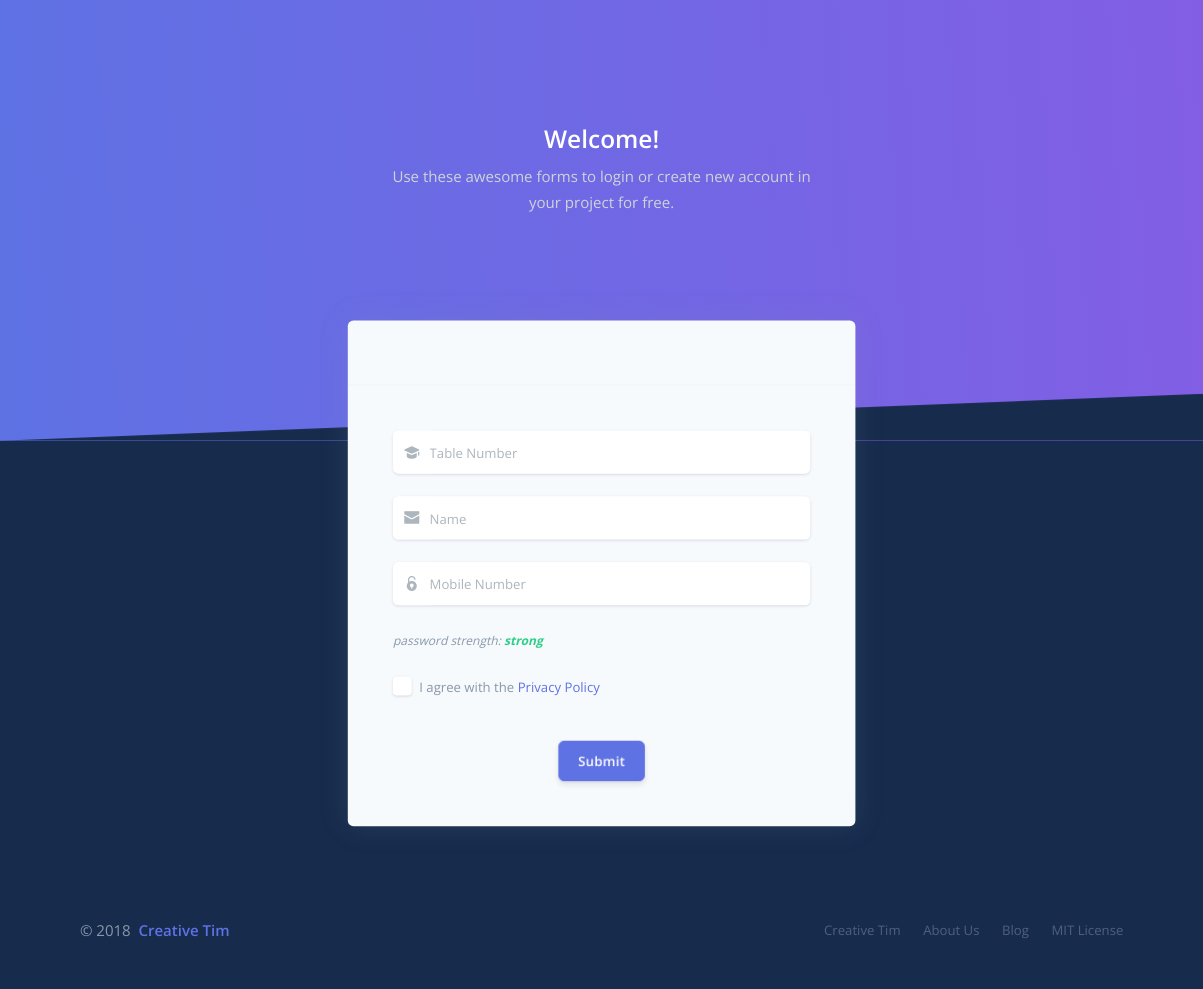
Repository: Hareeshgoli/restuarnt
Page: http://localhost/Items
An editor plug-in stored every save of this project. The page is shown before and after the next save, followed by the edit.
The browser window is 1280 px wide. The pictures show the whole page, at 94% of full size.
The page is this project's Thymeleaf template; nobody is signed in. The template is opened directly, without the code that normally fills it, so the values that code supplies are empty.

Above is the page before, as saved 2020-02-28 09:20:00.

### resturant/src/main/resources/templates/Items.html
<!--

=========================================================
* Argon Dashboard - v1.1.2
=========================================================

* Product Page: https://www.creative-tim.com/product/argon-dashboard
* Copyright 2020 Creative Tim (https://www.creative-tim.com)
* Licensed under MIT (https://github.com/creativetimofficial/argon-dashboard/blob/master/LICENSE.md)

* Coded by Creative Tim

=========================================================

* The above copyright notice and this permission notice shall be included in all copies or substantial portions of the Software. -->
<!DOCTYPE html>
<html lang="en">

<head>
  <meta charset="utf-8" />
  <meta name="viewport" content="width=device-width, initial-scale=1, shrink-to-fit=no">
  <title>
    Argon Dashboard - Free Dashboard for Bootstrap 4 by Creative Tim
  </title>
  <!-- Favicon -->
  <link href="../assets/img/brand/favicon.png" rel="icon" type="image/png">
  <!-- Fonts -->
  <link href="https://fonts.googleapis.com/css?family=Open+Sans:300,400,600,700" rel="stylesheet">
  <!-- Icons -->
  <link href="../assets/js/plugins/nucleo/css/nucleo.css" rel="stylesheet" />
  <link href="../assets/js/plugins/@fortawesome/fontawesome-free/css/all.min.css" rel="stylesheet" />
  <!-- CSS Files -->
  <link href="../assets/css/argon-dashboard.css?v=1.1.2" rel="stylesheet" />
</head>

<body class="bg-default">
  <div class="main-content">
    <!-- Navbar -->
    <!-- <nav class="navbar navbar-top navbar-horizontal navbar-expand-md navbar-dark">
      <div class="container px-4">
        <a class="navbar-brand" href="../index.html">
          <img src="../assets/img/brand/white.png" />
        </a>
        <button class="navbar-toggler" type="button" data-toggle="collapse" data-target="#navbar-collapse-main" aria-controls="navbarSupportedContent" aria-expanded="false" aria-label="Toggle navigation">
          <span class="navbar-toggler-icon"></span>
        </button>
        <div class="collapse navbar-collapse" id="navbar-collapse-main">
          Collapse header
          <div class="navbar-collapse-header d-md-none">
            <div class="row">
              <div class="col-6 collapse-brand">
                <a href="../index.html">
                  <img src="../assets/img/brand/blue.png">
                </a>
              </div>
              <div class="col-6 collapse-close">
                <button type="button" class="navbar-toggler" data-toggle="collapse" data-target="#navbar-collapse-main" aria-controls="sidenav-main" aria-expanded="false" aria-label="Toggle sidenav">
                  <span></span>
                  <span></span>
                </button>
              </div>
            </div>
          </div>
          Navbar items
          <ul class="navbar-nav ml-auto">
            <li class="nav-item">
              <a class="nav-link nav-link-icon" href="../index.html">
                <i class="ni ni-planet"></i>
                <span class="nav-link-inner--text">Dashboard</span>
              </a>
            </li>
            <li class="nav-item">
              <a class="nav-link nav-link-icon" href="../examples/register.html">
                <i class="ni ni-circle-08"></i>
                <span class="nav-link-inner--text">Register</span>
              </a>
            </li>
            <li class="nav-item">
              <a class="nav-link nav-link-icon" href="../examples/login.html">
                <i class="ni ni-key-25"></i>
                <span class="nav-link-inner--text">Login</span>
              </a>
            </li>
            <li class="nav-item">
              <a class="nav-link nav-link-icon" href="../examples/profile.html">
                <i class="ni ni-single-02"></i>
                <span class="nav-link-inner--text">Profile</span>
              </a>
            </li>
          </ul>
        </div>
      </div>
    </nav> -->
    <!-- Header -->
    <div class="header bg-gradient-primary py-7 py-lg-8">
      <div class="container">
        <div class="header-body text-center mb-7">
          <div class="row justify-content-center">
            <div class="col-lg-5 col-md-6">
              <h1 class="text-white">Welcome!</h1>
              <p class="text-lead text-light">Use these awesome forms to login or create new account in your project for free.</p>
            </div>
          </div>
        </div>
      </div>
      <div class="separator separator-bottom separator-skew zindex-100">
        <svg x="0" y="0" viewBox="0 0 2560 100" preserveAspectRatio="none" version="1.1" xmlns="http://www.w3.org/2000/svg">
          <polygon class="fill-default" points="2560 0 2560 100 0 100"></polygon>
        </svg>
      </div>
    </div>
    <!-- Page content -->
    <div class="container mt--8 pb-5">
      <!-- Table -->
      <div class="row justify-content-center">
        <div class="col-lg-6 col-md-8">
          <div class="card bg-secondary shadow border-0">
            <div class="card-header bg-transparent pb-5">
            </div>
            <div class="card-body px-lg-5 py-lg-5">
              <form action="/customerDashboard" method="post" role="form">
                <div class="form-group">
                  <div class="input-group input-group-alternative mb-3">
                    <div class="input-group-prepend">
                      <span class="input-group-text"><i class="ni ni-hat-3"></i></span>
                    </div>
                    <input id="userId" name="userId"  class="form-control" placeholder="Table Number" type="text"/>
                  </div>
                </div>
                <div class="form-group">
                  <div class="input-group input-group-alternative mb-3">
                    <div class="input-group-prepend">
                      <span class="input-group-text"><i class="ni ni-email-83"></i></span>
                    </div>
                    <input id="userName" name="userName" class="form-control" placeholder="Name" type="text"/>
                  </div>
                </div>
                <div class="form-group">
                  <div class="input-group input-group-alternative">
                    <div class="input-group-prepend">
                      <span class="input-group-text"><i class="ni ni-lock-circle-open"></i></span>
                    </div>
                    <input type="number" id="mobileNumber" name="mobileNumber" class="form-control" placeholder="Mobile Number" />
                  </div>
                </div>
                <div class="text-muted font-italic"><small>password strength: <span class="text-success font-weight-700">strong</span></small></div>
                <div class="row my-4">
                  <div class="col-12">
                    <div class="custom-control custom-control-alternative custom-checkbox">
                      <input class="custom-control-input" id="customCheckRegister" type="checkbox">
                      <label class="custom-control-label" for="customCheckRegister">
                        <span class="text-muted">I agree with the <a href="#!">Privacy Policy</a></span>
                      </label>
                    </div>
                  </div>
                </div>
                <div class="text-center">
                  <input type="submit" class="btn btn-primary mt-4"></input>
                </div>
              </form>
            </div>
          </div>
        </div>
      </div>
    </div>
  </div>
  <!-- Footer -->
  <footer class="py-5">
    <div class="container">
      <div class="row align-items-center justify-content-xl-between">
        <div class="col-xl-6">
          <div class="copyright text-center text-xl-left text-muted">
            &copy; 2018 <a href="https://www.creative-tim.com" class="font-weight-bold ml-1" target="_blank">Creative Tim</a>
          </div>
        </div>
        <div class="col-xl-6">
          <ul class="nav nav-footer justify-content-center justify-content-xl-end">
            <li class="nav-item">
              <a href="https://www.creative-tim.com" class="nav-link" target="_blank">Creative Tim</a>
            </li>
            <li class="nav-item">
              <a href="https://www.creative-tim.com/presentation" class="nav-link" target="_blank">About Us</a>
            </li>
            <li class="nav-item">
              <a href="http://blog.creative-tim.com" class="nav-link" target="_blank">Blog</a>
            </li>
            <li class="nav-item">
              <a href="https://github.com/creativetimofficial/argon-dashboard/blob/master/LICENSE.md" class="nav-link" target="_blank">MIT License</a>
            </li>
          </ul>
        </div>
      </div>
    </div>
  </footer>
  </div>
  <!--   Core   -->
  <script src="../assets/js/plugins/jquery/dist/jquery.min.js"></script>
  <script src="../assets/js/plugins/bootstrap/dist/js/bootstrap.bundle.min.js"></script>
  <!--   Optional JS   -->
  <!--   Argon JS   -->
  <script src="../assets/js/argon-dashboard.min.js?v=1.1.2"></script>
  <script src="https://cdn.trackjs.com/agent/v3/latest/t.js"></script>

  <script>
    window.TrackJS &&
      TrackJS.install({
        token: "ee6fab19c5a04ac1a32a645abde4613a",
        application: "argon-dashboard-free"
      });
  </script>
</body>

</html>

Loaded but not shown: resturant/src/main/resources/static/assets/js/plugins/nucleo/css/nucleo.css (library); resturant/src/main/resources/static/assets/js/plugins/@fortawesome/fontawesome-free/css/all.min.css (library); resturant/src/main/resources/static/assets/css/argon-dashboard.css (library); resturant/src/main/resources/static/assets/js/plugins/jquery/dist/jquery.min.js (library); resturant/src/main/resources/static/assets/js/plugins/bootstrap/dist/js/bootstrap.bundle.min.js (library); resturant/src/main/resources/static/assets/js/argon-dashboard.min.js (library)

After the next save:
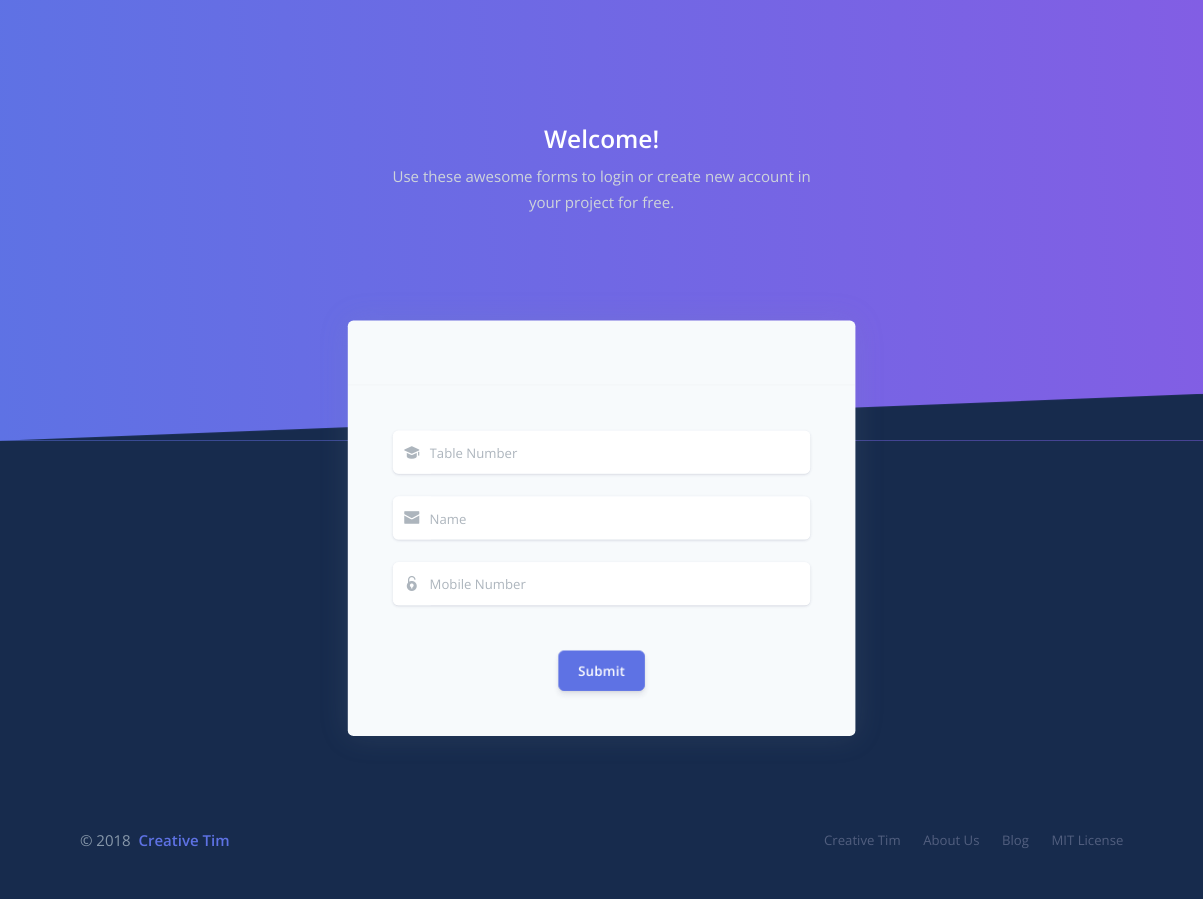
Saved 2 min 52 s later.
--- a/resturant/src/main/resources/templates/Items.html
+++ b/resturant/src/main/resources/templates/Items.html
@@ -143,17 +143,8 @@
                     <input type="number" id="mobileNumber" name="mobileNumber" class="form-control" placeholder="Mobile Number" />
                   </div>
                 </div>
-                <div class="text-muted font-italic"><small>password strength: <span class="text-success font-weight-700">strong</span></small></div>
-                <div class="row my-4">
-                  <div class="col-12">
-                    <div class="custom-control custom-control-alternative custom-checkbox">
-                      <input class="custom-control-input" id="customCheckRegister" type="checkbox">
-                      <label class="custom-control-label" for="customCheckRegister">
-                        <span class="text-muted">I agree with the <a href="#!">Privacy Policy</a></span>
-                      </label>
-                    </div>
-                  </div>
-                </div>
+
+
                 <div class="text-center">
                   <input type="submit" class="btn btn-primary mt-4"></input>
                 </div>
